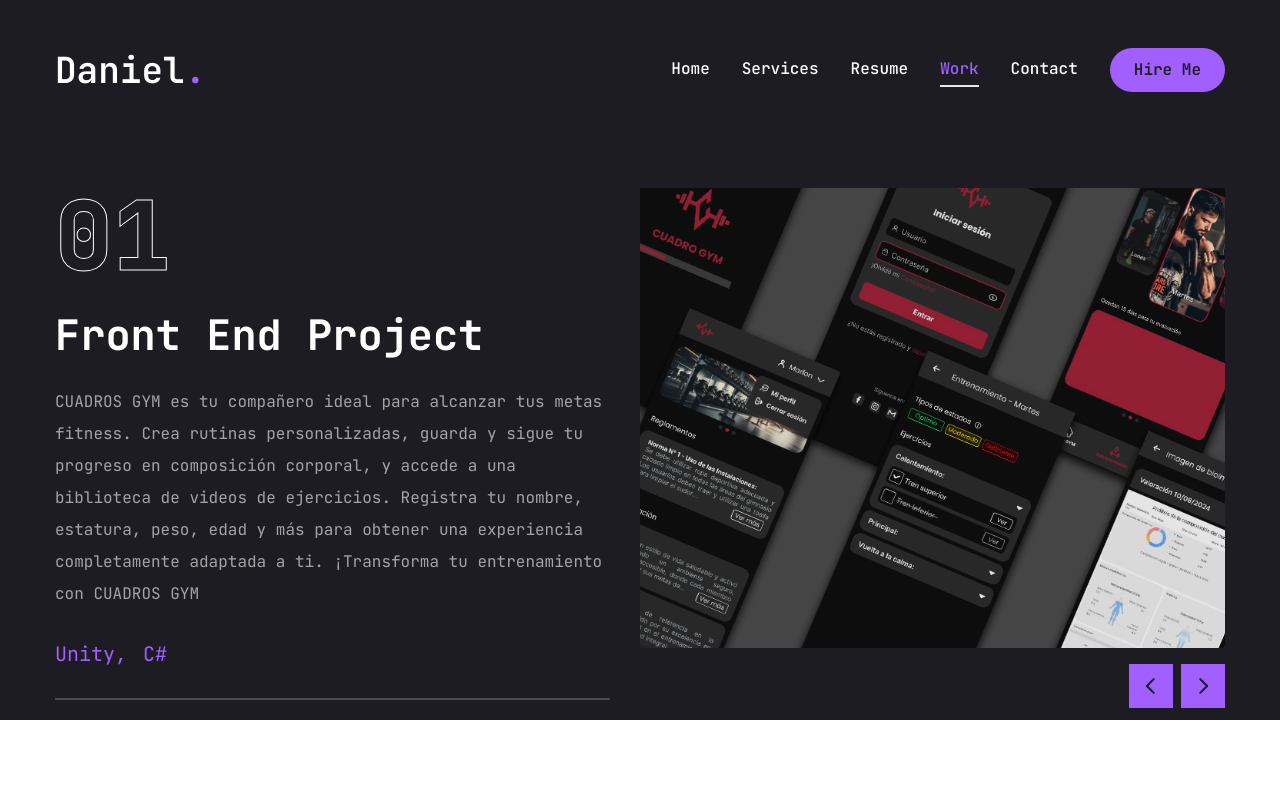
Repository: itsDarkos/Daniel-Portfolio
Page: /work
An editor plug-in stored every save of this project. The page is shown before and after a run of saves, followed by the edit.
The browser window is 1280 px wide. The pictures show the whole page.
The project was rebuilt for these pictures with package versions that can differ from the ones it lists, and the page was loaded fresh each time. The framework's server and built-in components were replaced by stand-ins that run in the browser. Also part of the build but not shown: next.config.mjs.

Above is the page before, as saved 2025-01-05 18:31:13.

After the next 2 saves:
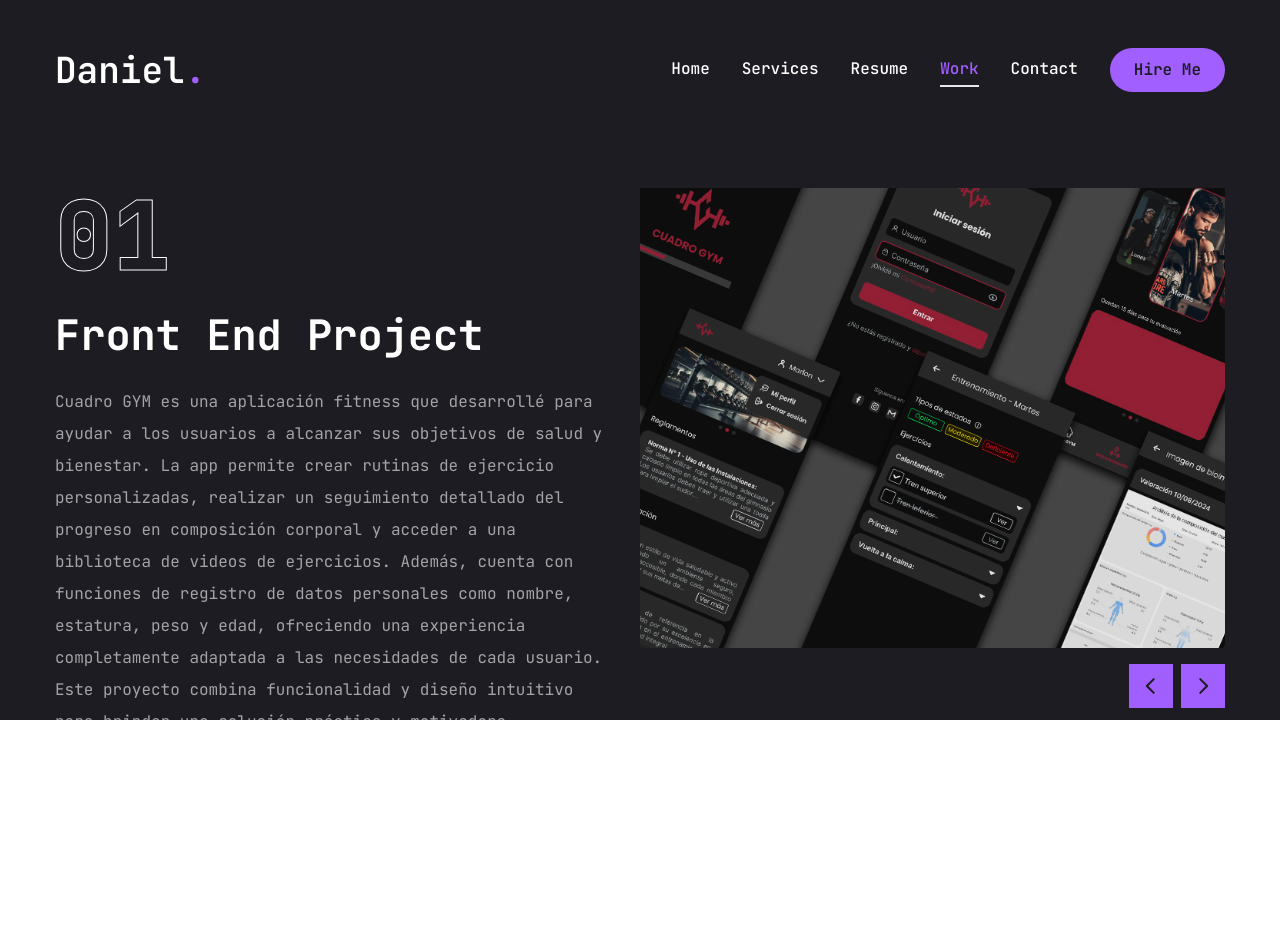
The 2 saves are shown as one change because they came seconds apart.
The last was saved 2 min 31 s later.
--- a/app/work/page.jsx
+++ b/app/work/page.jsx
@@ -26,7 +26,7 @@ const projects = [
     num: "01",
     category: "Front End",
     title: "projecto 1",
-    description: "CUADROS GYM es tu compañero ideal para alcanzar tus metas fitness. Crea rutinas personalizadas, guarda y sigue tu progreso en composición corporal, y accede a una biblioteca de videos de ejercicios. Registra tu nombre, estatura, peso, edad y más para obtener una experiencia completamente adaptada a ti. ¡Transforma tu entrenamiento con CUADROS GYM",
+    description: "Cuadro GYM es una aplicación fitness que desarrollé para ayudar a los usuarios a alcanzar sus objetivos de salud y bienestar. La app permite crear rutinas de ejercicio personalizadas, realizar un seguimiento detallado del progreso en composición corporal y acceder a una biblioteca de videos de ejercicios. Además, cuenta con funciones de registro de datos personales como nombre, estatura, peso y edad, ofreciendo una experiencia completamente adaptada a las necesidades de cada usuario. Este proyecto combina funcionalidad y diseño intuitivo para brindar una solución práctica y motivadora.  ",
     stack: [{ name: "Unity" }, { name: "C#" }],
     image: "/assets/work/thumb1.jpg",
     live: "",
